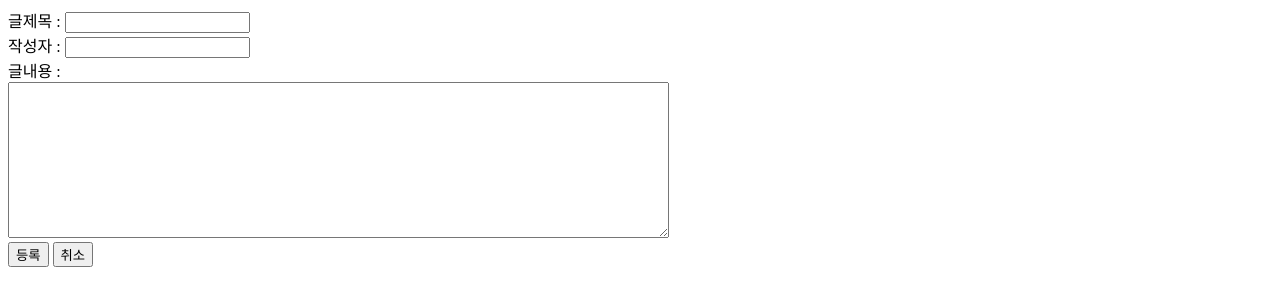
Repository: kimwoongasd/JSPAndServlet
Page: day1222/src/main/webapp/01_session.html
These files come from the project's save history. The page is drawn as it stood at one moment and after the next save; the edit follows.
The browser window is 1280 px wide. The pictures show the whole page.

Above is the page before, as saved 2023-12-22 02:07:26.

### day1222/src/main/webapp/01_session.html
<!DOCTYPE html>
<html>
<head>
<meta charset="UTF-8">
<title>Insert title here</title>
</head>
<body>
	<form method="post" action="session1_jsp">
		글제목 : <input type="text" name="title"><br>
		작성자 : <input type="text" name="writer"><br>
		글내용 : <br>
		<textarea rows="10" cols="80" name="content"></textarea>
		<br>
		<input type="submit" value="등록">
		<input type="reset" value="취소">
	</form>
</body>
</html>

After the next save:
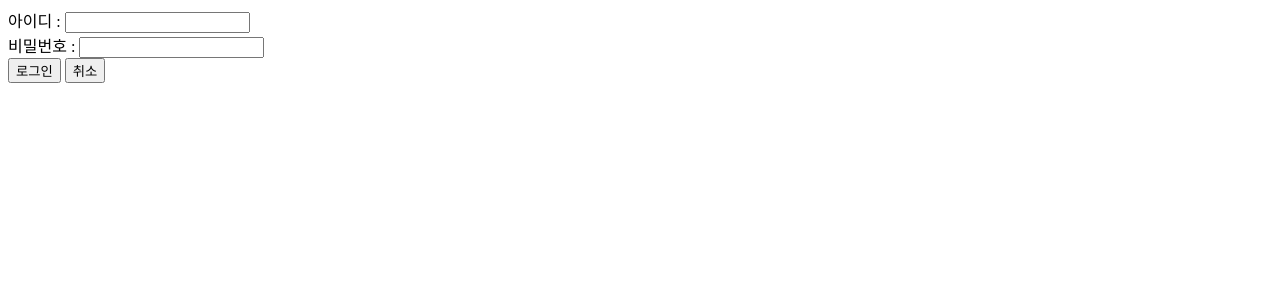
Saved 2 s later.
--- a/day1222/src/main/webapp/01_session.html
+++ b/day1222/src/main/webapp/01_session.html
@@ -5,13 +5,11 @@
 <title>Insert title here</title>
 </head>
 <body>
-	<form method="post" action="session1_jsp">
-		글제목 : <input type="text" name="title"><br>
-		작성자 : <input type="text" name="writer"><br>
-		글내용 : <br>
-		<textarea rows="10" cols="80" name="content"></textarea>
-		<br>
-		<input type="submit" value="등록">
+
+	<form method="post" action="loginOK.jsp">
+		아이디 : <input type="text" name="id"><br>
+		비밀번호 : <input type="password" name="pwd"><br>
+		<input type="submit" value="로그인">
 		<input type="reset" value="취소">
 	</form>
 </body>
